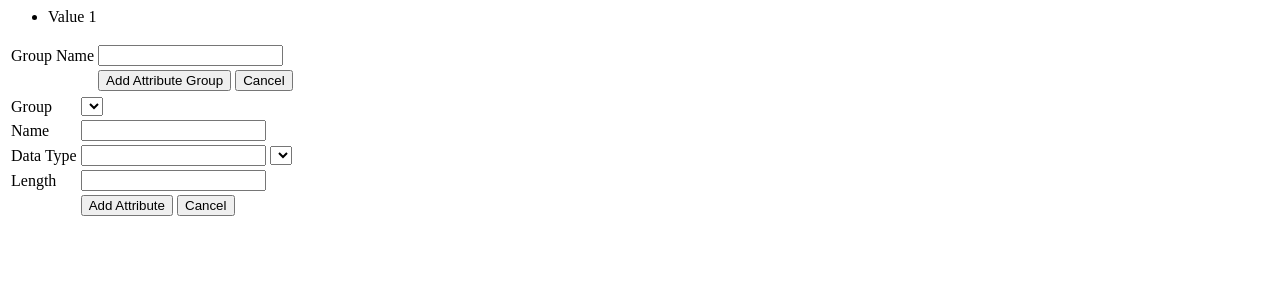
Repository: joliest/MyGits
Page: http://localhost/MiniTracker/Attribute.jsp
An editor plug-in stored every save of this project. The page is shown before and after the next save, followed by the edit.
The browser window is 1280 px wide. The pictures show the whole page.
Some web libraries are served in a nearby version. The page is served by Tomcat 9.

Above is the page before, as saved 2017-10-11 18:46:13.

After the next save:
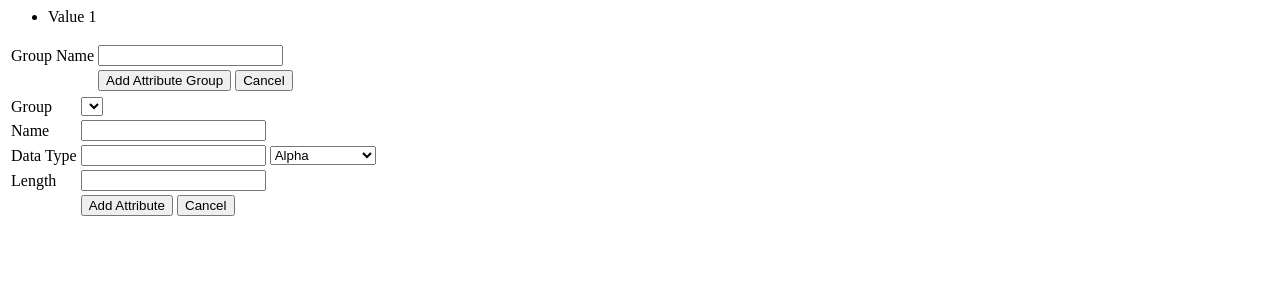
Saved 64 s later.
--- a/Java/Project_JIRA/MiniTracker/WebContent/Attribute.jsp
+++ b/Java/Project_JIRA/MiniTracker/WebContent/Attribute.jsp
@@ -44,8 +44,12 @@
 					<td>Data Type</td>
 					<td><input type="text" id="attribDataType">
 						<select id="attribDataType">
-
-					</select></td>
+							<option>Alpha</option>
+							<option>AlphaNumeric</option>
+							<option>Numeric</option>
+							<option>Date</option>
+						</select>
+					</td>
 				</tr>
 				<tr>
 					<td>Length</td>
